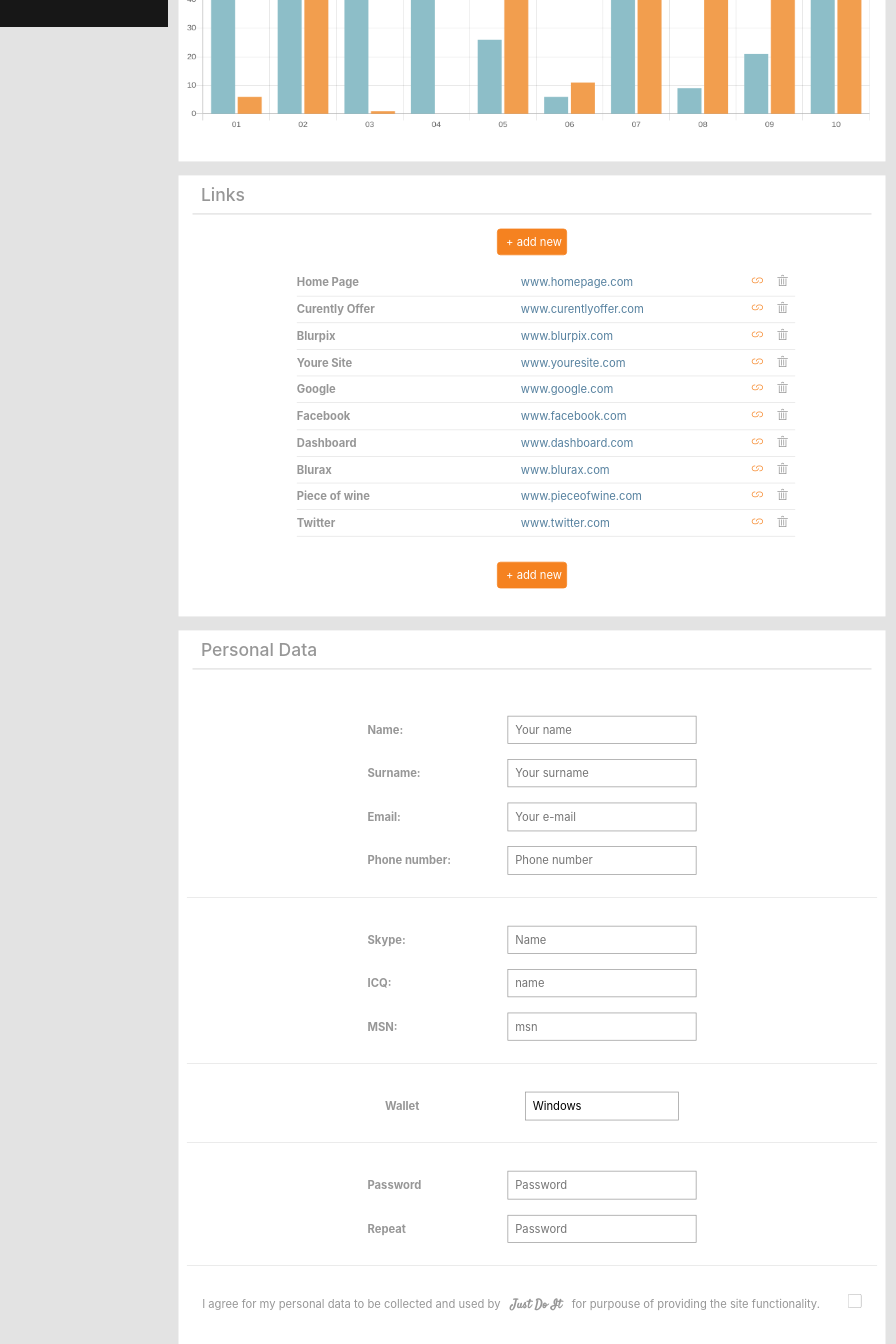
Repository: OllaWilk/wwwJustDoIt
Page: index.html
These files come from the project's save history. The page is drawn as it stood at one moment and after the next save; the edit follows.
The browser window is 1280 px wide. The pictures show the part of the page from y = 682 to 2602 px (the page is 2776 px tall before and 932 px after), at 70% of full size.
Some web libraries are served in a nearby version. The style sheet was rebuilt from its Sass, Less or Tailwind sources for each picture, by a compiler version that may differ from the author's.

Above is the page before, as saved 2019-12-30 11:38:22.

After the next save:
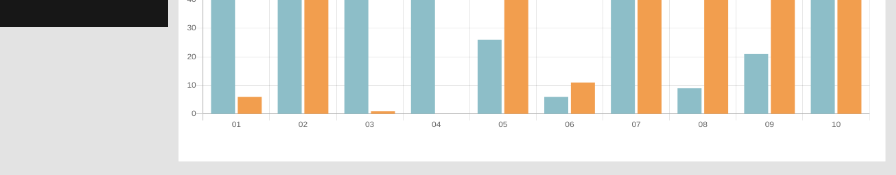
Saved 58 s later.
--- a/index.html
+++ b/index.html
@@ -103,7 +103,7 @@
                 </div>
             </div>
 
-            <div id = "page-3" class="post_page active">
+            <div id = "page-3" class="post_page">
                 <h2  class="title">Links</h2>
                 <div class="btnWraper">
                     <a href="index.html" id="refresh" class="btn btnAddNew">+ add new</a>
@@ -178,7 +178,7 @@
                 </div>
             </div>
 
-            <div id = "page-5" class="post_page active">
+            <div id = "page-5" class="post_page">
                 <h2  class="title">Personal Data</h2>
                 <div class = "userData">
                     <form novalidate method="post" enctype="multipart/form-data" action="js/db.js" autocomplete="on">
